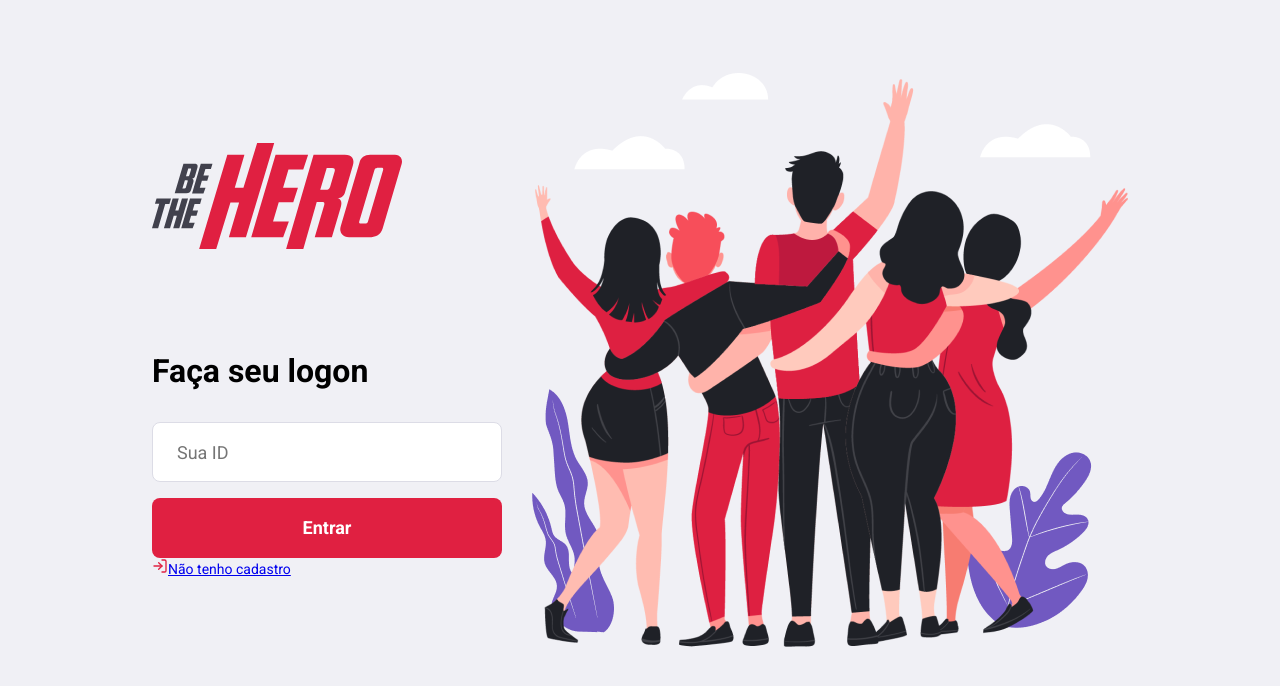
Repository: pedroevangelista/be-the-hero
Page: / (app in frontend/)
These files come from the project's save history. The page is drawn as it stood at one moment and after a run of saves; the edit follows.
The browser window is 1280 px wide. The pictures show the whole page.
The pointer rests on the first visible `.button`.
The project was rebuilt for these pictures with package versions that can differ from the ones it lists, and the page was loaded fresh each time.

Above is the page before, as saved 2020-03-25 12:25:25.

### frontend/src/App.js
import React from 'react';
import './global.css'
import Logon from './pages/Logon';

function App() {

  return (
    <Logon />
  );
}

export default App;

### frontend/src/global.css
@import url('https://fonts.googleapis.com/css?family=Roboto:400,500,700&display=swap');

* {
    margin: 0;
    padding: 0;
    outline: 0;
    box-sizing: border-box;
}

body {
    font: 400 14px Roboto, sans-serif;
    background: #f0f0f5;
    -webkit-font-smoothing: antialiased;
}

input, button, textarea {
    font: 400 18px Roboto, sans-serif;
}

button {
    cursor: pointer
}

form input {
    width: 100%;
    height: 60px;
    color: #333;
    border: 1px solid #dcdce6;
    border-radius: 8px;
    padding: 0 24px;
}

.button {
    width: 100%;
    height: 60px;
    background: #e02041;
    border: 0;
    border-radius: 8px;
    color: #FFF;
    font-weight: 700;
    margin-top: 16px;
    display: inline-block;
    text-align: center;
    text-decoration: none;
    font-size: 18px;
    line-height: 60px;
}

### frontend/src/pages/Logon/index.js
import React from 'react';
import { FiLogIn } from 'react-icons/fi';
import './styles.css';
import logoImg from '../../assets/logo.svg';
import heroesImg from '../../assets/heroes.png';

export default function Logon() {

    return (
        <div className="logon-container">
            <section className="form">
                <img src={logoImg} alt="Be The Hero"></img>

                <form>
                    <h1>Faça seu logon</h1>

                    <input placeholder="Sua ID" />
                    <button className="button" type="submit">Entrar</button>

                    <a href="/register">
                        <FiLogIn size="16" color="#e02041" />
                        Não tenho cadastro
                    </a>
                </form>
            </section>

            <img src={heroesImg} alt="Heroes"></img>
        </div>
    );

}

### frontend/src/pages/Logon/styles.css
.logon-container {
    width: 100%;
    max-width: 1120px;
    height: 100vh;
    margin: 0 auto;
    display: flex;
    align-items: center;
    justify-content: center;
}

.logon-container section.form {
    width: 100%;
    max-width: 350px;
    margin-right: 30px;
}

.logon-container section.form form {
    margin-top: 100px;
}

.logon-container section.form form h1 {
    font-size: 32px;
    margin-bottom: 32px;
}

Loaded but not shown: frontend/public/index.html (common file); frontend/src/index.js (common file)

After the next 2 saves:
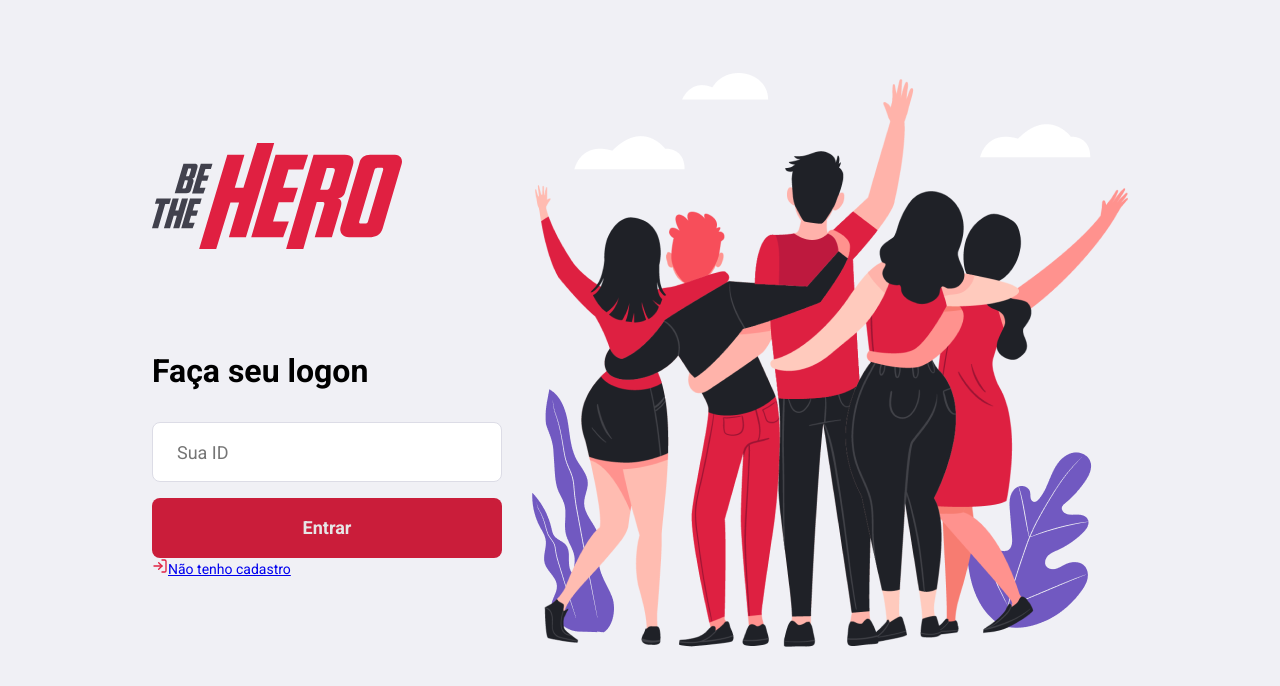
The 2 saves are shown as one change because they came seconds apart.
The last was saved 47 s later.
--- a/frontend/src/global.css
+++ b/frontend/src/global.css
@@ -45,3 +45,7 @@ form input {
     font-size: 18px;
     line-height: 60px;
 }
+
+.button:hover {
+    filter: brightness(90%);
+}
